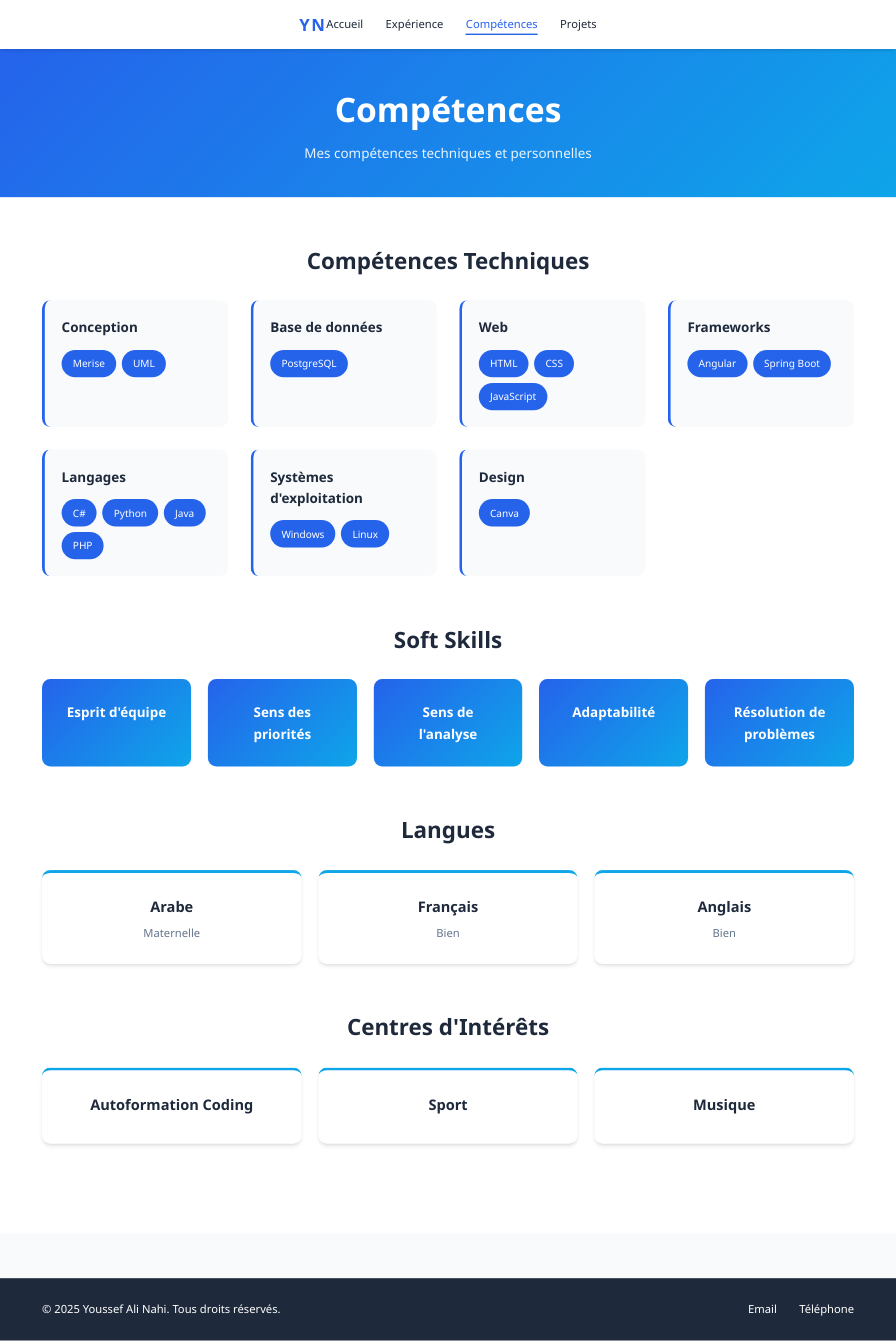
Repository: Youssef-Nahi504/My_Portfolio
Page: competences.html
An editor plug-in stored every save of this project. The page is shown before and after the next save, followed by the edit.
The browser window is 1280 px wide. The pictures show the whole page, at 70% of full size.

Above is the page before, as saved 2025-12-19 16:12:27.

After the next save:
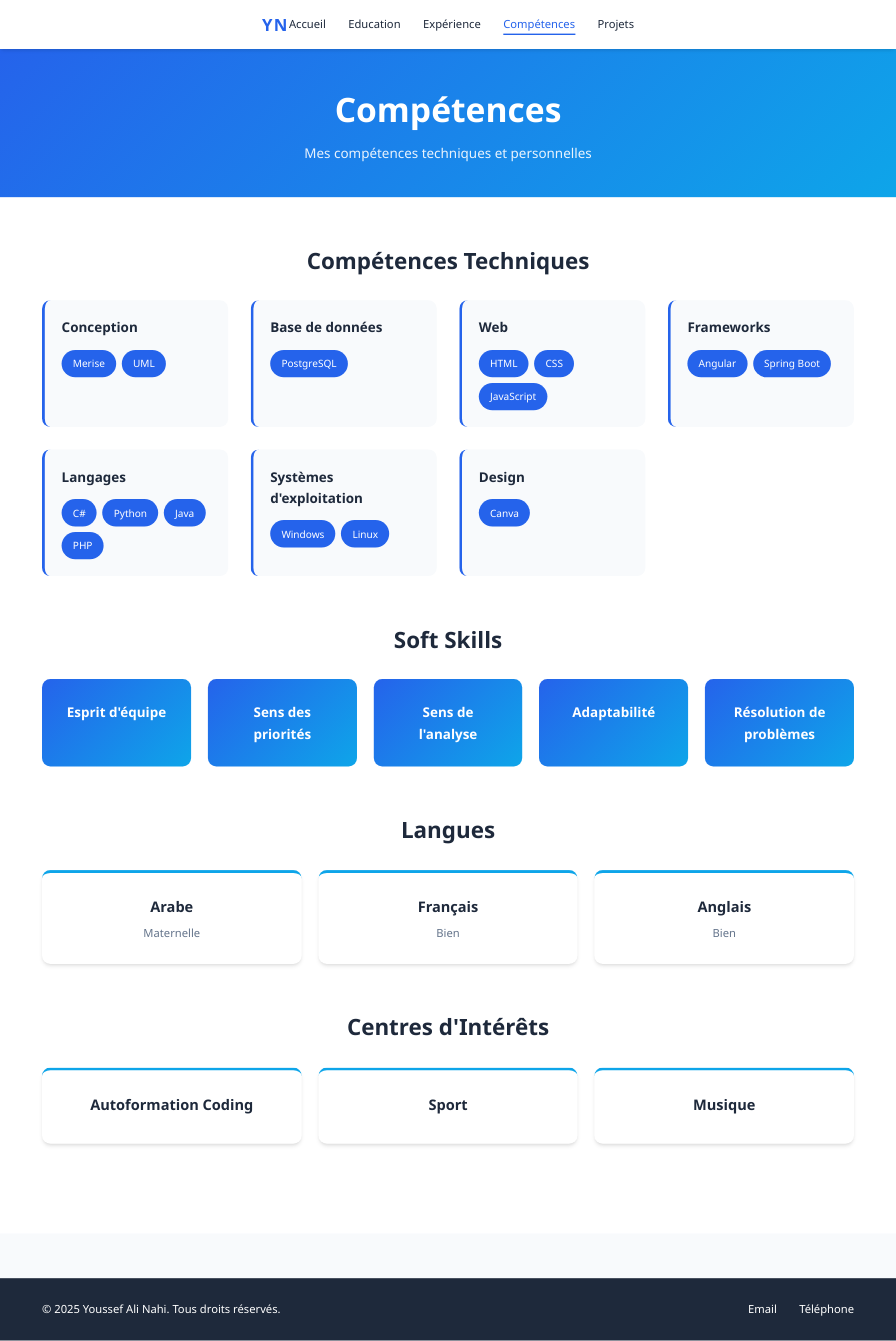
Saved 12 s later.
--- a/competences.html
+++ b/competences.html
@@ -12,6 +12,7 @@
             <div class="logo">YN</div>
             <ul class="nav-menu">
                 <li><a href="index.html">Accueil</a></li>
+                                <li><a href="Education.html" class="active">Education</a></li>
                 <li><a href="experience.html">Expérience</a></li>
                 <li><a href="competences.html" class="active">Compétences</a></li>
                 <li><a href="projets.html">Projets</a></li>
